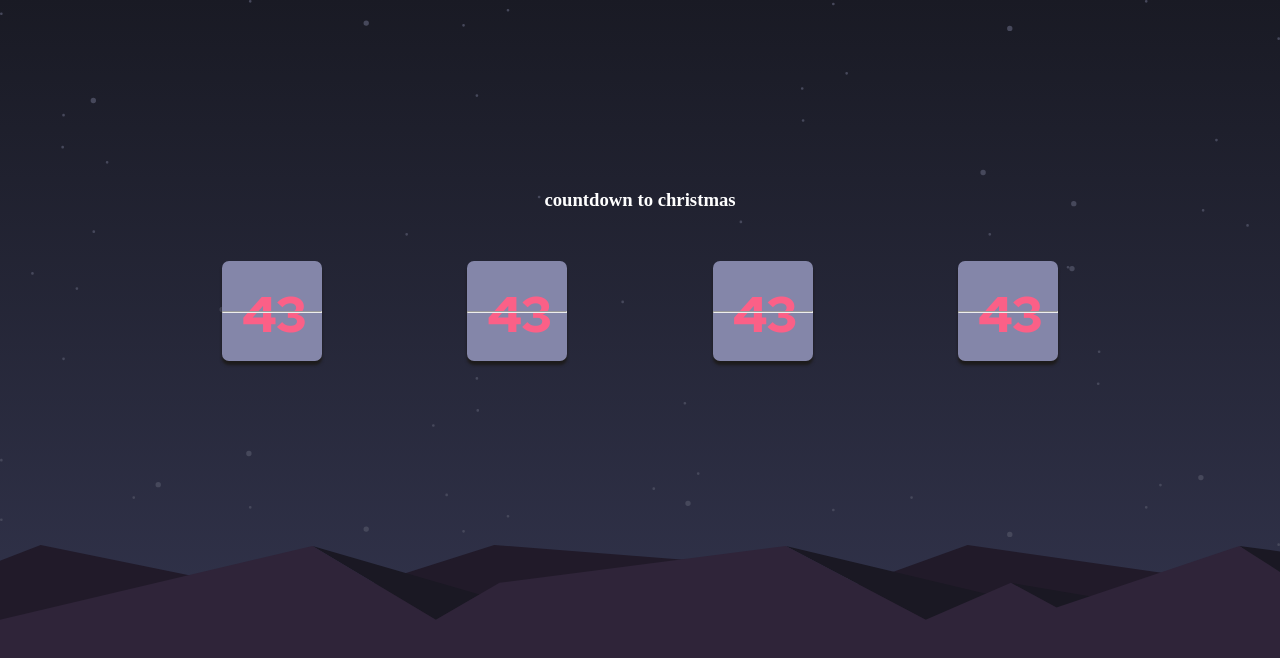
Repository: Eugene44-hub/countdown
Page: index.html
An editor plug-in stored every save of this project. The page is shown before and after the next save, followed by the edit.
The browser window is 1280 px wide. The pictures show the whole page.

Above is the page before, as saved 2021-09-12 03:20:04.

### index.html
<!DOCTYPE html>
<html lang="en">

<head>
    <meta charset="UTF-8">
    <meta http-equiv="X-UA-Compatible" content="IE=edge">
    <meta name="viewport" content="width=device-width, initial-scale=1.0">
    <title>Document</title>
    <link rel="stylesheet" href="style.css">
</head>

<body>
    <div class="container">


        <div class="timer ">
            <h3 class="col10">countdown to christmas</h3>
            <div class="card">
                <p>43</p>
                <hr> </div>
            <div class="card">
                <p>43</p>
                <hr>
            </div>
            <div class="card">
                <p>43</p>
                <hr>
            </div>
            <div class="card">
                <p>43</p>
                <hr>
            </div>

        </div>

    </div>
    <script src="app.js"></script>

</body>

</html>

</html>

### style.css
@import url('https://fonts.googleapis.com/css2?family=Red+Hat+Text:wght@700&display=swap');
* {
    padding: 0;
    margin: 0;
    box-sizing: border-box;
}

body {
    /* background-color: hsl(235, 16%, 14%); */
    /* background-color: hsl(234, 17%, 12%); */
    background-image: url('images/pattern-hills.svg'), url('images/bg-stars.svg'), linear-gradient( hsl(235, 18%, 12%), hsl(236, 21%, 26%));
    background-position: bottom, top;
    background-repeat: no-repeat, repeat;
    background-size: contain;
    background-attachment: fixed;
}

.container {
    display: flex;
    width: 100%;
    height: 500px;
    flex-wrap: wrap;
    text-align: center;
}

.col10 {
    flex: 100%;
    margin: auto;
}

h3 {
    color: white;
    padding: 50px;
}

.timer {
    margin: auto;
    display: flex;
    flex-wrap: wrap;
    justify-content: space-between;
    padding: 30px;
    width: 70%;
}

.card {
    background-color: hsl(237, 18%, 59%);
    padding: 20px;
    width: 100px;
    height: 100px;
    position: relative;
    overflow: hidden;
    box-shadow: 0px 4px 3px rgb(29, 27, 27);
    border-radius: 7px;
    display: flex;
}

p {
    margin: auto;
    font-size: 50px;
    font-family: 'Red Hat Text';
    color: hsl(345, 95%, 68%);
}

hr {
    position: absolute;
    width: 100%;
    top: 50%;
    left: 0%;
}


/* timer color  hsl(345, 95%, 68%)
timer card color hsl(237, 18%, 59%)
* /

### app.js
const proposed = new Date('2021-12-25');
const current = new Date();

const proArr = [proposed.getHours(), proposed.getMinutes(), proposed.getSeconds(), proposed.getDay(), proposed.getMonth()]
console.log('proposed days:' + (((proArr.at(-1) * 31) - 7) + proposed.getDate()));
console.log('current days:' + (((current.getMonth() * 31) - 5) + current.getDate()));

console.log((((proArr.at(-1) * 31) - 7) + proposed.getDate()) - (((current.getMonth() * 31) - 5) + current.getDate()) + 'days to christmas');

console.log('hours:' + (24 - current.getHours()));
console.log('minutes:' + (60 - current.getMinutes()));
console.log('hours:' + (60 - current.getSeconds()));

// let cal = proposed. - current;
// console.log(proposed);
// console.log(current.getDate());
// console.log(proArr.at(-1) + 1);
// let another = new Date(cal);
// console.log(another)
//359-253 propsed day - current day(mth*31-7) for september minus 6

After the next save:
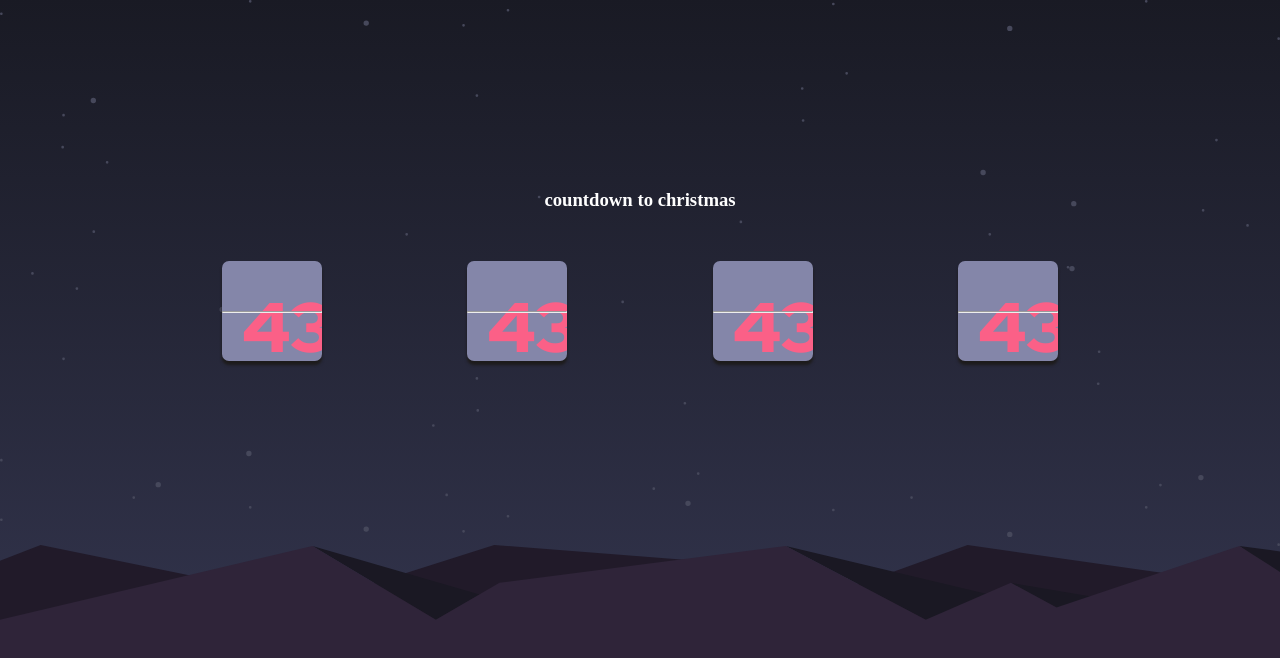
Saved 31 s later.
--- a/style.css
+++ b/style.css
@@ -56,7 +56,7 @@ h3 {
 
 p {
     margin: auto;
-    font-size: 50px;
+    font-size: 70px;
     font-family: 'Red Hat Text';
     color: hsl(345, 95%, 68%);
 }
